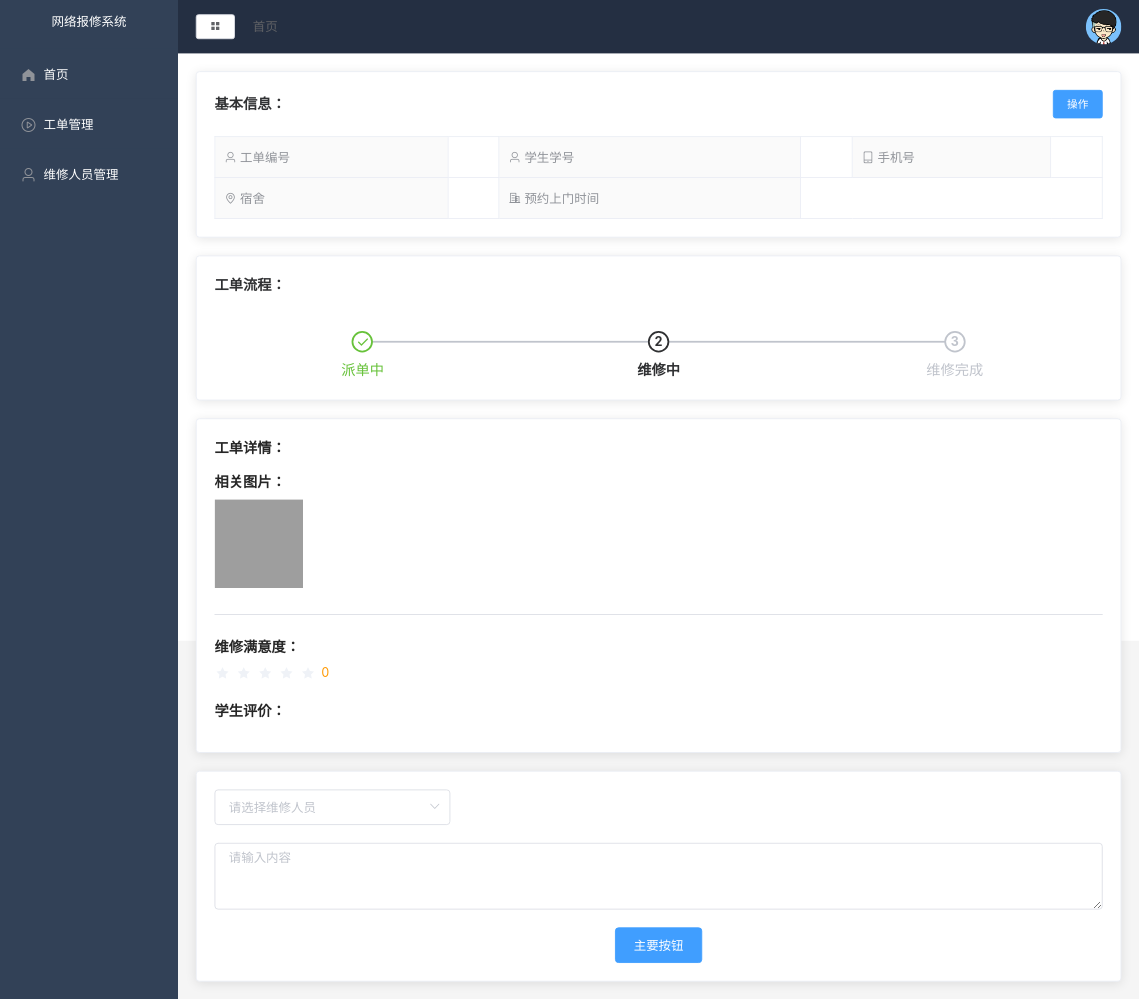
Repository: LtheW/vue
Page: /submit
The author's editor kept a copy of each file at every save. The page is drawn from the files as they stood at one save, then again after the next save.
The browser window is 1280 px wide. The pictures show the whole page, at 89% of full size.
Pictures or frames that could not be fetched are drawn as grey boxes. The page's requests for data from a server got no answer. The project was rebuilt for these pictures with package versions that can differ from the ones it lists, and the page was loaded fresh each time. No one was signed in, and anything a server would have sent is missing. Also part of the build but not shown: vue.config.js, src/components/CommonTag.vue, src/views/Maintainer/Add.vue.

Above is the page before, as saved 2022-03-31 16:01:15.

After the next save:
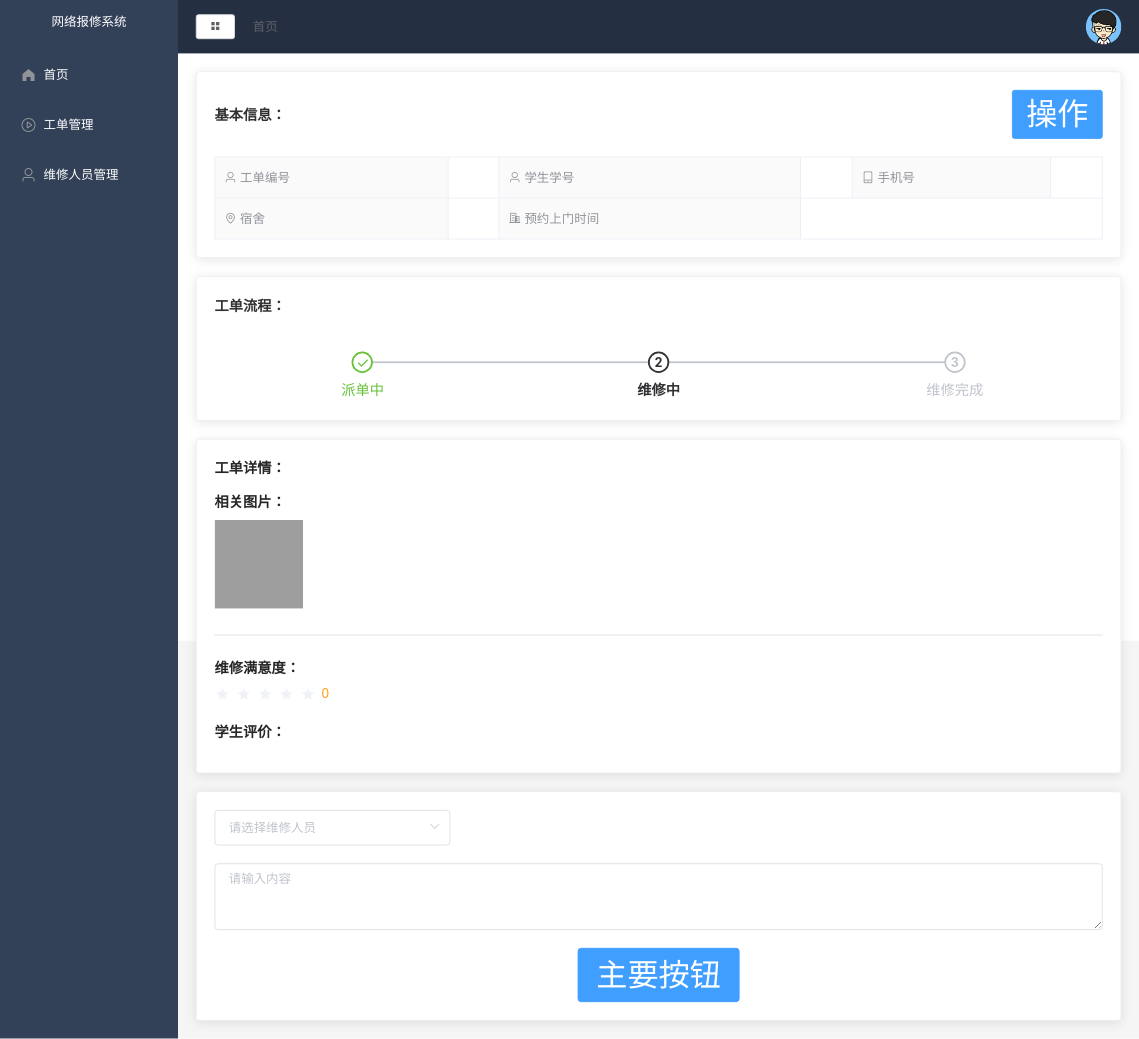
Saved 20 min 59 s later.
--- a/src/views/Submit.vue
+++ b/src/views/Submit.vue
@@ -183,7 +183,7 @@ export default {
 };
 </script>
 
-<style >
+<style scoped>
 .form {
   display: flex;
   flex-direction: column;
@@ -207,4 +207,7 @@ export default {
   flex-direction: row;
   justify-content: center;
 }
-</style>
+/deep/ .el-button{
+  font-size: 35px;
+}
+</style>>
